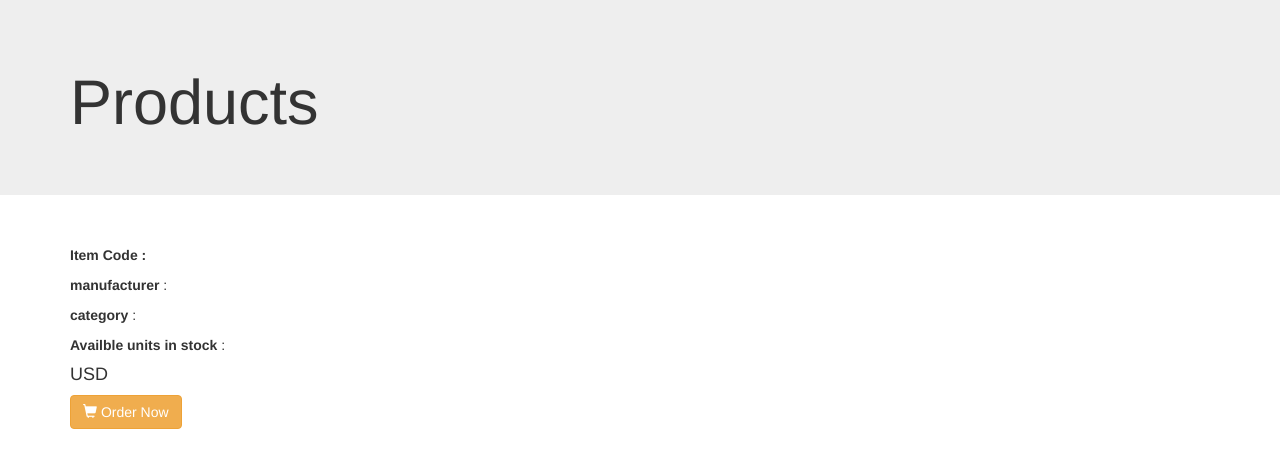
Repository: broseas/SpringTest
Page: http://localhost/webstore/WEB-INF/views/product.jsp
The author's editor kept a copy of each file at every save. The page is drawn from the files as they stood at one save, then again after the next save.
The browser window is 1280 px wide. The pictures show the whole page.
Some web libraries are served in a nearby version. The page is served by Tomcat 9. Nobody is signed in. Other server files are loaded and not shown. The template is opened directly, without the code that normally fills it, so the values that code supplies are empty.

Above is the page before, as saved 2015-04-18 01:47:17.

### webstore/src/main/webapp/WEB-INF/views/product.jsp
<%@ taglib prefix="c" uri="http://java.sun.com/jsp/jstl/core"%>
<%@ taglib prefix="spring" uri="http://www.springframework.org/tags" %>

<html>
<head>
<meta http-equiv="Content-Type" content="text/html; charset=ISO-8859-1">
<link rel="stylesheet"
  href="//netdna.bootstrapcdn.com/bootstrap/3.0.0/css/bootstrap.min.css">
<title>Products</title>
</head>
<body>
  <section>
    <div class="jumbotron">
      <div class="container">
        <h1>Products</h1>
      </div>
    </div>
  </section>
  <section class="container">
    <div class="row">
      <div class="col-md-5">
        <h3>${product.name}</h3>
        <p>${product.description}</p>
        <p>
          <strong>Item Code : </strong><span class="label label-warning">${product.productId}</span>
        </p>
        <p>
          <strong>manufacturer</strong> : ${product.manufacturer}
        </p>
        <p>
          <strong>category</strong> : ${product.category}
        </p>
        <p>
          <strong>Availble units in stock </strong> : ${product.unitsInStock}
        </p>
        <h4>${product.unitPrice} USD</h4>
        <p>
          <a href="#" class="btn btn-warning btn-large"> <span
            class="glyphicon-shopping-cart glyphicon"></span> Order Now
          </a>
        </p>
      </div>
    </div>
  </section>
</body>
</html>

After the next save:
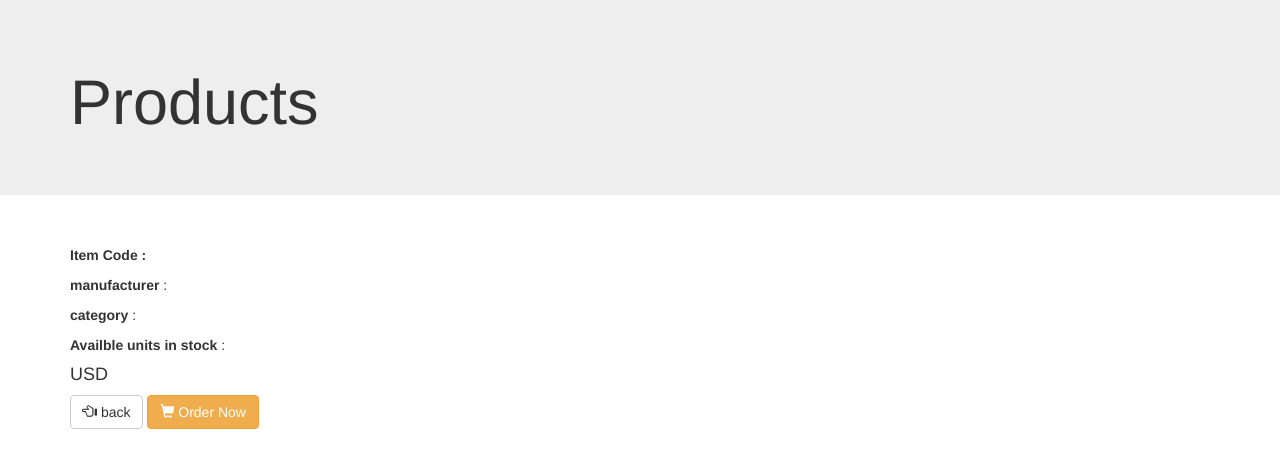
Saved 39 s later.
--- a/webstore/src/main/webapp/WEB-INF/views/product.jsp
+++ b/webstore/src/main/webapp/WEB-INF/views/product.jsp
@@ -35,6 +35,9 @@
         </p>
         <h4>${product.unitPrice} USD</h4>
         <p>
+          <a href="<spring:url value="/products" />" class="btn btn-default">
+            <span class="glyphicon-hand-left glyphicon"></span> back
+          </a>
           <a href="#" class="btn btn-warning btn-large"> <span
             class="glyphicon-shopping-cart glyphicon"></span> Order Now
           </a>
